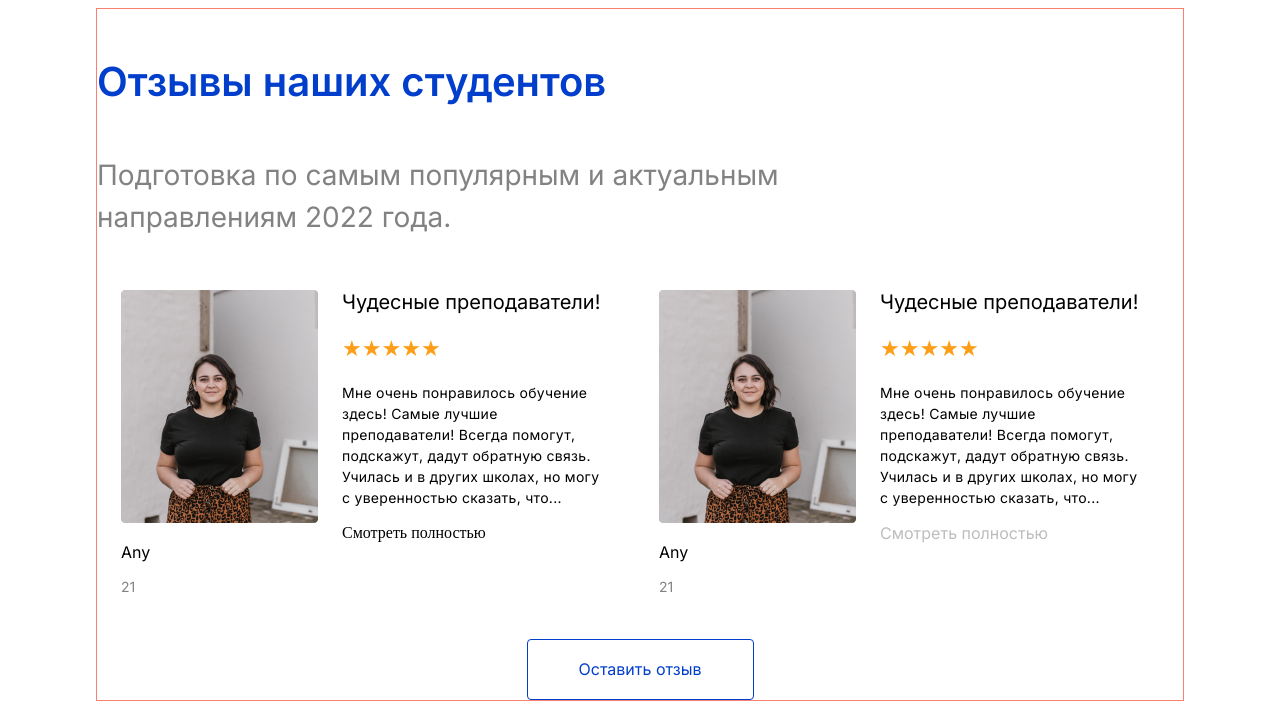
Repository: Malvuna/Studi
Page: index.html
The author's editor kept a copy of each file at every save. The page is drawn from the files as they stood at one save, then again after the next save.
The browser window is 1280 px wide. The pictures show the whole page.

Above is the page before, as saved 2022-07-11 17:59:36.

### index.html

<!DOCTYPE html>
<html lang="en">
  <head>
    <meta charset="UTF-8" />
    <meta http-equiv="X-UA-Compatible" content="IE=edge" />
    <meta name="viewport" content="width=device-width, initial-scale=1.0" />
    <link rel="stylesheet" href="./css/style.css" />
    <link rel="preconnect" href="https://fonts.googleapis.com">
    <link rel="preconnect" href="https://fonts.gstatic.com" crossorigin>
    <link href="https://fonts.googleapis.com/css2?family=Caveat:wght@400;600;700&family=Inter:wght@400;600;700&display=swap" rel="stylesheet">
  <body>
    <header>
    </header>

    <main>
      <div id="container" class="container">

      <p class="h1">Отзывы наших студентов</p>
      <p class="head">Подготовка по самым популярным и актуальным </br> направлениям 2022 года.</p>
      <div id="divAllCard"> </div>
      <div id="navigator"></div>
      <button class="button">Оставить отзыв</button>

    </div>
    </main>


    <footer>

    </footer>

  </body>
  <script type="module" src="./javascript/javascript.js"></script>
</html>

### css/style.css
body {
  background-color: white;
}

.container {
  width: 1086px;
  border: 1px salmon solid;
  text-align: left;
  margin: 0 auto
}

.h1 {
  font-family: "Inter";
  font-style: normal;
  font-weight: 600;
  font-size: 40px;
  line-height: 65px;
  color: #003ecb;
}

.head {
  font-family: "Inter";
  font-style: normal;
  font-weight: 400;
  font-size: 28px;
  line-height: 42px;
  color: #828282;
}

.divAllCard {
  display: flex;
}

.divOneCard {
  width: 490px;
  height: 325px;
  background-color: white;
  display: flex;
  padding: 24px 24px;
}

.textName {
  font-family: "Inter";
  font-style: normal;
  font-weight: 400;
  font-size: 16px;
  line-height: 19px;
  color: #000000;
}

.textAge {
  font-family: "Inter";
  font-style: normal;
  font-weight: 400;
  font-size: 14px;
  line-height: 17px;
  color: #828282;
}

.cardRight {
  padding-left: 24px;
}


.textHead {
  font-family: "Inter";
  font-style: normal;
  font-weight: 500;
  font-size: 20px;
  line-height: 24px;
  color: #000000;
  margin-top: 0;
}

.textStar {
  font-family: "Inter";
  font-style: normal;
  font-weight: 500;
  font-size: 22px;
  line-height: 24px;
  color: #fe9d17;
}

.textText {
  font-family: "Inter";
  font-style: normal;
  font-weight: 400;
  font-size: 14px;
  line-height: 21px;
  letter-spacing: 0.02em;
  color: #000000;
}

.textAll {
  font-family: "Inter";
  font-style: normal;
  font-weight: 400;
  font-size: 16px;
  line-height: 19px;
  color: #bdbdbd;
}

.navigator{
    display: flex;
    justify-content: space-between;
}

.button {
  width: 227px;
  height: 61px;

  background: #ffffff;
  border: 1px solid #003ecb;
  border-radius: 4px;

  font-family: "Inter";
  font-style: normal;
  font-weight: 500;
  font-size: 16px;
  line-height: 45px;
  color: #003ecb;

  margin: 0 auto;
  display: block;
}

### javascript/javascript.js
//Общий контейнер
let container = document.querySelector("#container");

//див с карточками
let divAllCard = document.querySelector("#divAllCard");
divAllCard.className = "divAllCard";

//див одной карточки
let divOneCard = document.createElement("div");
divOneCard.className = "divOneCard";
divAllCard.append(divOneCard);


//карточка левый блок
let cardLeft = document.createElement("div");
divOneCard.append(cardLeft);

let cardImg = document.createElement("img");
cardImg.src = "/img/Photo.jpg"
cardLeft.append(cardImg);

let textName = document.createElement("p");
textName.innerHTML = "Any";
textName.className = "textName";
cardLeft.append(textName);

let textAge = document.createElement("p");
textAge.innerHTML = "21";
textAge.className = "textAge";
cardLeft.append(textAge);

//карточка парвый блок
let cardRight = document.createElement("div");
cardRight.className = "cardRight";
divOneCard.append(cardRight);

let textHead = document.createElement("p");
textHead.innerHTML = "Чудесные преподаватели!";
textHead.className = "textHead";
cardRight.append(textHead);

let textStar = document.createElement("p");
textStar.innerHTML = "★★★★★";
textStar.className = "textStar";
cardRight.append(textStar);

let textText = document.createElement("p");
textText.innerHTML = "Мне очень понравилось  обучение здесь! Самые лучшие преподаватели! Всегда помогут, подскажут, дадут обратную связь. Училась и в других школах, но могу с уверенностью сказать, что...";
textText.className = "textText";
cardRight.append(textText);

let textAll = document.createElement("p");
textAll.innerHTML = "Смотреть полностью";
textAll.className = "textAll";
cardRight.append(textAll);


// вторая карточка
var divTwoCard = divOneCard.cloneNode(true);
divAllCard.append(divTwoCard);

//навигатор
let divNavigator = document.querySelector("#navigator");
textAll.className = "navigator";
container.append(divNavigator);

let leftArrow = document.createElement("div");

divNavigator.append(leftArrow);

let signList = document.createElement("div");

divNavigator.append(signList);

let rightArrow = document.createElement("div");

divNavigator.append(rightArrow);

After the next save:
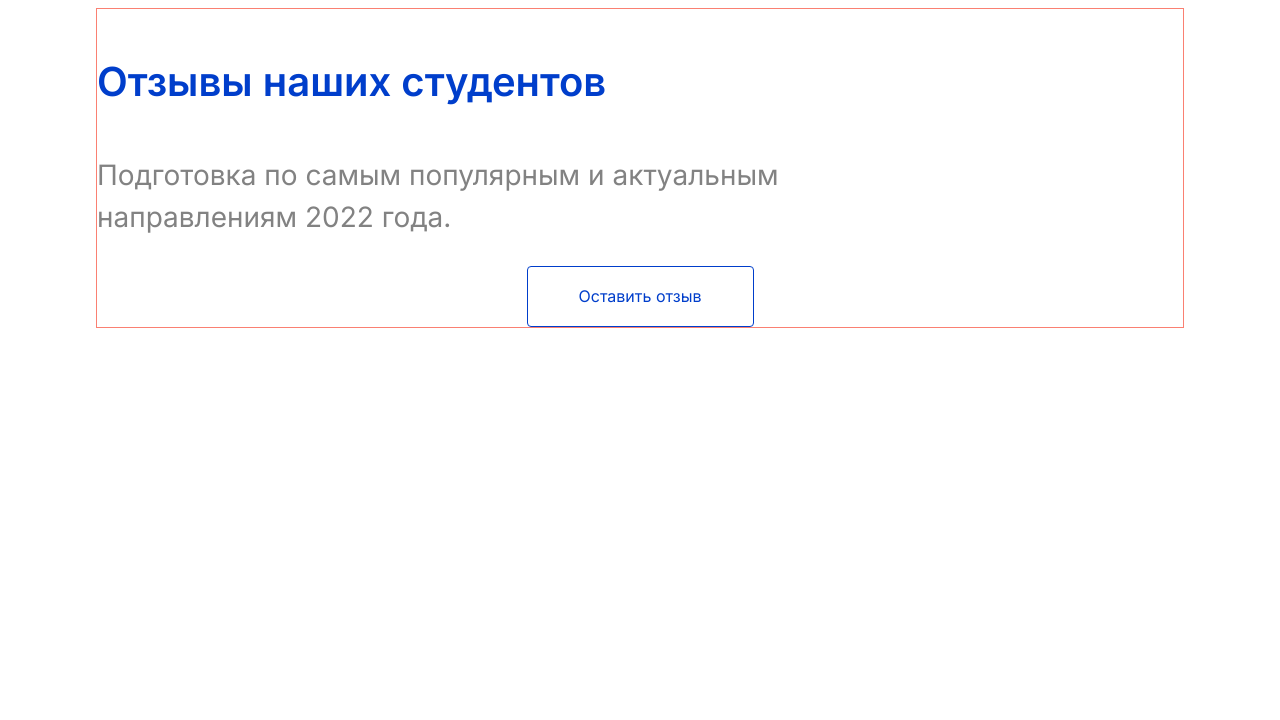
Console error: SyntaxError: Identifier 'textStar' has already been declared
Saved 13 s later.
--- a/javascript/javascript.js
+++ b/javascript/javascript.js
@@ -75,3 +75,10 @@ divNavigator.append(signList);
 let rightArrow = document.createElement("div");
 
 divNavigator.append(rightArrow);
+
+
+
+let textStar = document.createElement("p");
+textStar.innerHTML = "★★★★★";
+textStar.className = "textStar";
+cardRight.append(textStar);

After the 2 saves that followed:
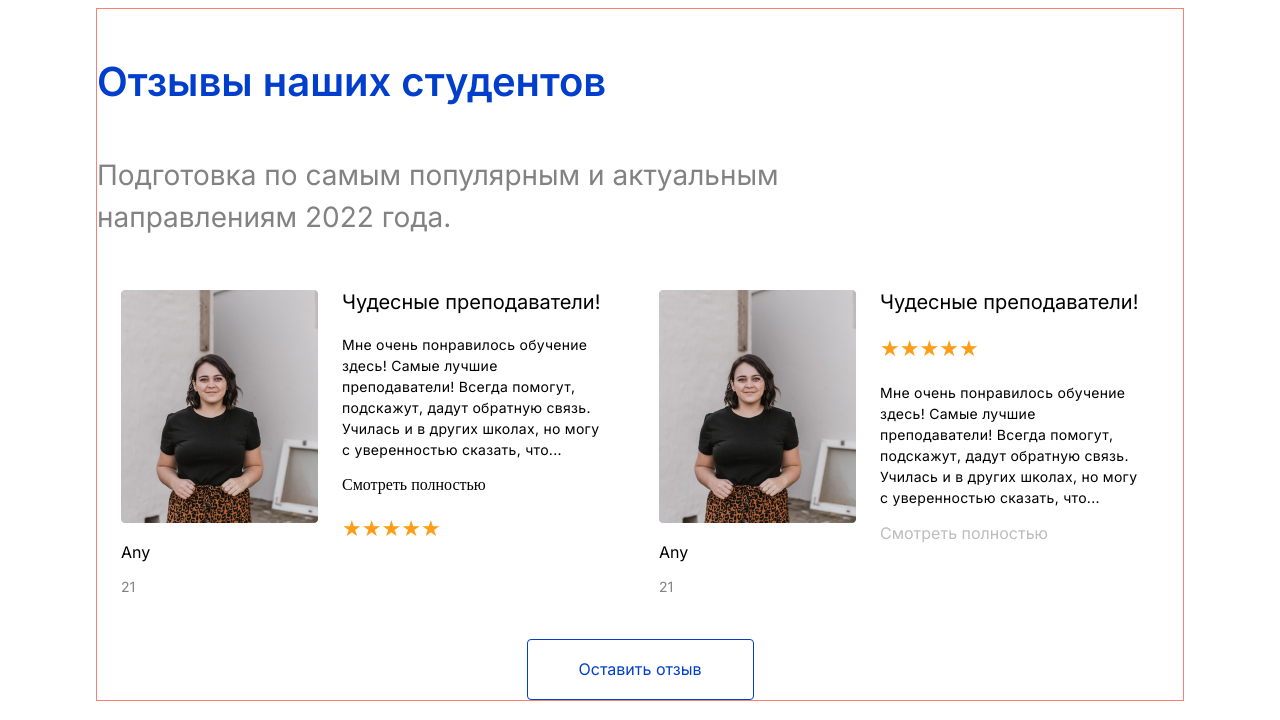
The error is gone.
The 2 saves are shown as one change because they came seconds apart.
The last was saved 10 s later.
--- a/javascript/javascript.js
+++ b/javascript/javascript.js
@@ -78,7 +78,7 @@ divNavigator.append(rightArrow);
 
 
 
-let textStar = document.createElement("p");
+let leftArrowP = document.createElement("p");
 textStar.innerHTML = "★★★★★";
 textStar.className = "textStar";
 cardRight.append(textStar);
